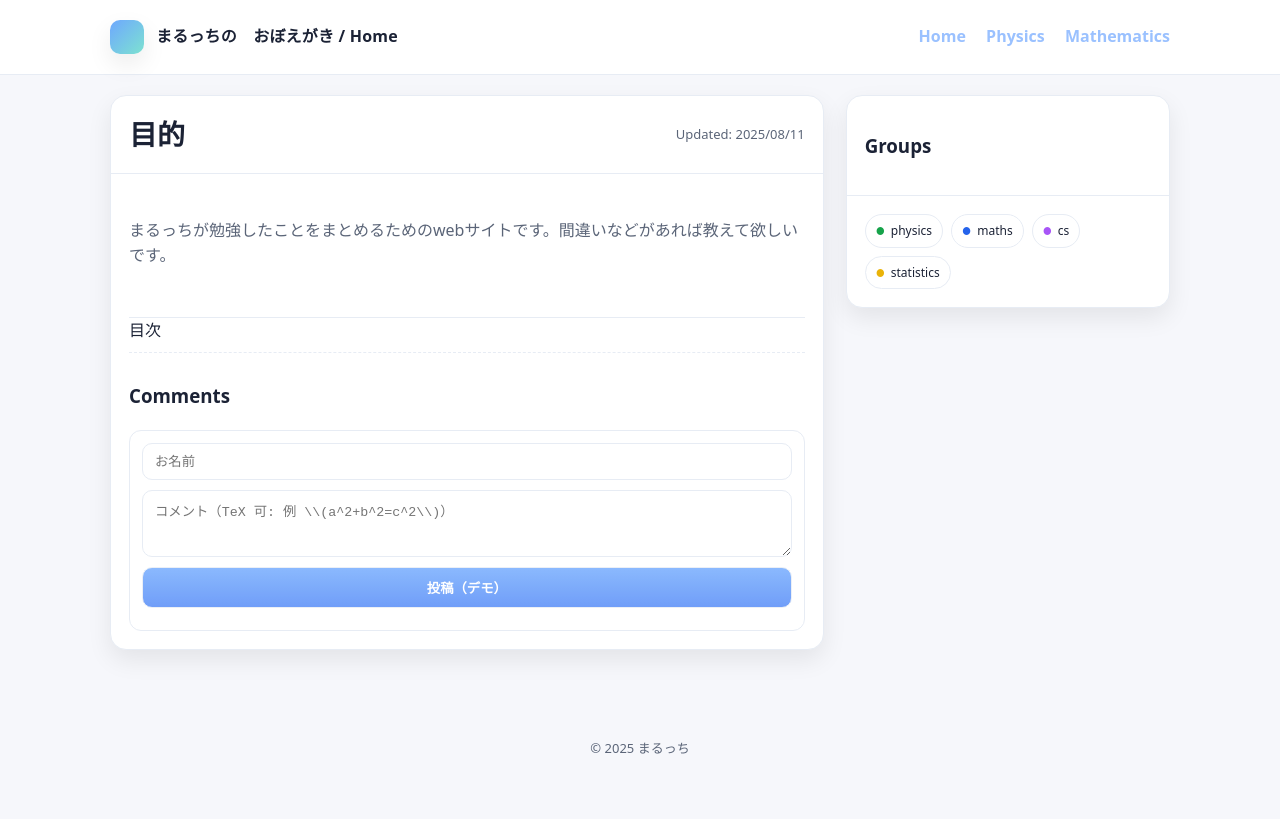
Repository: Riki-Mochimaru/tureduretunedune
Page: index.html
An editor plug-in stored every save of this project. The page is shown before and after a run of saves, followed by the edit.
The browser window is 1280 px wide. The pictures show the whole page.

Above is the page before, as saved 2025-08-11 23:19:57.

### index.html
<!DOCTYPE html>
<html lang="ja">
<head>
  <meta charset="utf-8" />
  <meta name="viewport" content="width=device-width, initial-scale=1" />
  <title>まるっちの おぼえがき— Home</title>
  <link rel="stylesheet" href="assets/styles.css">
</head>
<body>
  <header class="site">
    <div class="shell row">
      <div class="brand"><div class="brand-badge"></div><div>まるっちの　おぼえがき / Home</div></div>
      <nav>
        <a href="./">Home</a>
        <a href="physics/">Physics</a>
        <a href="maths/">Mathematics</a>
      </nav>
    </div>
  </header>

  <main class="shell">
    <section class="grid" aria-label="Articles and sidebar">
      <div>
        <article class="card post">
          <div class="hd">
            <h2>目的</h2>
            <div class="meta"><span>Updated: <time data-auto-updated datetime="">—</time></span></div>
          </div>
          <div class="bd">
            <p class="lead">まるっちが勉強したことをまとめるためのwebサイトです。間違いなどがあれば教えて欲しいです。</p>
            <div class="tags">
              <!-- <span class="tag" data-g="math"></span>
              <span class="tag" data-g="cs">#cs</span> -->
            </div>

            <!-- <h3>数式の例</h3>
            <div class="math">\\[ E = mc^2 \\]</div> -->
            <div class="hd">


            </div>
            <! -- <h2>目次</h2>

            <section class="comments">
              <h3>Comments</h3>
              <form class="form" action="#" method="post">
                <input class="input" name="who" placeholder="お名前" required>
                <textarea class="textarea" name="body" rows="3" placeholder="コメント（TeX 可: 例 \\(a^2+b^2=c^2\\)）" required></textarea>
                <button class="btn" type="button" aria-disabled="true">投稿（デモ）</button>
                <div class="hint"></div>
              </form>
            </section>
          </div>
        </article>
      </div>

      <aside class="aside">
        <section class="card">
          <div class="hd"><h3>Groups</h3></div>
          <div class="bd">
            <div class="tags">
              <span class="tag" data-g="phys">physics</span>
              <span class="tag" data-g="math">maths</span>
              <span class="tag" data-g="cs">cs</span>
              <span class="tag" data-g="stats">statistics</span>
            </div>
          </div>
        </section>
      </aside>
    </section>
  </main>

  <footer class="site"><div class="shell">© 2025 まるっち</div></footer>

  <!-- 数式レンダリング（必要なら有効化） -->
  <script>
    window.MathJax = {
      tex: { inlineMath: [['$','$'], ['\\(','\\)']], displayMath: [['$$','$$'], ['\\[','\\]']] },
      options: { renderActions: { addMenu: [] } }
    };
  </script>
  <script src="https://cdn.jsdelivr.net/npm/mathjax@3/es5/tex-mml-chtml.js" async></script>
  <script>
    // Client-side: auto-fill "Updated" date from document.lastModified
    document.querySelectorAll('time[data-auto-updated]').forEach(t => {
      const d = new Date(document.lastModified);
      // ISO (yyyy-mm-dd)
      const iso = new Date(d.getTime() - d.getTimezoneOffset()*60000)
                    .toISOString().slice(0,10);
      t.setAttribute('datetime', iso);
      // Human-readable in Japanese (Asia/Tokyo)
      t.textContent = d.toLocaleDateString('ja-JP', {
        timeZone: 'Asia/Tokyo', year: 'numeric', month: '2-digit', day: '2-digit'
      });
    });
    </script>
</body>
</html>

### assets/styles.css
/* styles.css — Science Notes
   House style: British English prose; American English in code comments.
*/

/* =========================
   Design tokens
   ========================= */
   :root {
    --bg: #0b0c10;
    --surface: #0f1117;
    --card: #121520;
    --text: #e8ecf8;
    --subtle: #9aa3b2;
    --border: #1e2636;
    --brand: #6ea8fe;
    --accent: #7de2d1;
    --warn: #ffd166;
    --danger: #ff6b6b;
    --radius: 16px;
    --shadow: 0 10px 24px rgba(0,0,0,.35), 0 1px 0 rgba(255,255,255,.04) inset;
    --font-sans: ui-sans-serif, system-ui, -apple-system, Segoe UI, Roboto, Noto Sans JP, "Helvetica Neue", Arial;
    --font-mono: ui-monospace, SFMono-Regular, Menlo, Monaco, Consolas, "Liberation Mono", monospace;
  }
  @media (prefers-color-scheme: light) {
    :root {
      --bg: #f6f7fb; --surface: #ffffff; --card: #ffffff; --text: #1b2235; --subtle: #5b6578; --border: #e7ecf4;
      --shadow: 0 10px 24px rgba(0,0,0,.08);
    }
  }

  /* Base */
  *, *::before, *::after { box-sizing: border-box; }
  html, body { height: 100%; }
  body { margin: 0; font-family: var(--font-sans); background: var(--bg); color: var(--text); line-height: 1.6; }
  /* Accessible link look */
  a { color: #9ac1ff; text-decoration: none; }
  a:hover { text-decoration: underline; }

  /* Header */
  header.site { position: sticky; top: 0; z-index: 10; background: color-mix(in oklab, var(--surface) 92%, transparent); border-bottom: 1px solid var(--border); backdrop-filter: blur(6px); }
  .shell { max-width: 1100px; margin: 0 auto; padding: 20px; }
  .row { display: grid; grid-template-columns: 1fr auto; align-items: center; gap: 16px; }
  .brand { display: flex; align-items: center; gap: 12px; font-weight: 800; letter-spacing: .2px; }
  .brand-badge { width: 34px; height: 34px; border-radius: 10px; background: linear-gradient(135deg, var(--brand), var(--accent)); box-shadow: var(--shadow); }
  nav a { margin-left: 16px; font-weight: 600; }

  /* Layout */
  main { padding-top: 10px; }
  .grid { display: grid; grid-template-columns: 2.2fr 1fr; gap: 22px; align-items: start; }
  @media (max-width: 980px) { .grid { grid-template-columns: 1fr; } }

  /* Cards */
  .card { background: var(--card); border: 1px solid var(--border); border-radius: var(--radius); box-shadow: var(--shadow); overflow: clip; }
  .card .hd { padding: 16px 18px; border-bottom: 1px solid var(--border); display:flex; align-items:center; justify-content: space-between; }
  .card .bd { padding: 18px; }

  /* Tag/Group chips */
  .tags { display:flex; flex-wrap: wrap; gap: 8px; }
  .tag { --c: #334155; color: var(--text); font-size: 12px; padding: 6px 10px; border: 1px solid var(--border); border-radius: 999px; background: color-mix(in oklab, var(--card) 88%, transparent); }
  .tag[data-g="math"]   { --c: #2563eb; }
  .tag[data-g="phys"]   { --c: #16a34a; }
  .tag[data-g="cs"]     { --c: #a855f7; }
  .tag[data-g="stats"]  { --c: #eab308; }
  .tag[data-g="ethics"] { --c: #ef4444; }
  .tag::before { content: "●"; font-size: 10px; margin-right: 6px; color: var(--c); }

  /* Article */
  article.post { display: grid; gap: 10px; }
  article.post h2 { margin: 0; font-size: clamp(20px, 2.6vw, 28px); }
  .meta { color: var(--subtle); font-size: 13px; display:flex; gap: 12px; flex-wrap: wrap; }
  .lead { color: var(--subtle); }

  /* Math blocks (TeX text before JS render) */
  .math { font-family: var(--font-mono); background: color-mix(in oklab, var(--card) 90%, transparent); border: 1px dashed var(--border); border-radius: 10px; padding: 10px 12px; overflow:auto; }
  .eqno { float: right; color: var(--subtle); margin-left: 8px; }

  /* Comment UI (static) */
  .comments { margin-top: 8px; border-top: 1px dashed var(--border); padding-top: 10px; }
  .comment { display: grid; grid-template-columns: 40px 1fr; gap: 10px; padding: 12px 0; }
  .comment + .comment { border-top: 1px dashed var(--border); }
  .avatar { width: 40px; height: 40px; border-radius: 50%; background: linear-gradient(135deg, var(--brand), var(--accent)); display:grid; place-items:center; font-weight: 800; color: #0008; }
  .who { font-weight: 700; }
  .when { color: var(--subtle); font-size: 12px; }

  /* Simple form look (non-functional without JS/backend) */
  .form { display: grid; gap: 10px; background: color-mix(in oklab, var(--card) 90%, transparent); border: 1px solid var(--border); border-radius: 12px; padding: 12px; }
  .input, .textarea { width: 100%; padding: 10px 12px; border-radius: 10px; border: 1px solid var(--border); background: var(--surface); color: var(--text); outline: none; }
  .input:focus, .textarea:focus { box-shadow: 0 0 0 6px #2a5fff33; }
  .btn { display: inline-flex; align-items: center; justify-content: center; gap: 8px; padding: 10px 14px; font-weight: 700; border-radius: 10px; border: 1px solid var(--border); background: linear-gradient(180deg, var(--brand), #4d86f7); color: #fff; cursor: not-allowed; opacity: .8; }
  .hint { font-size: 12px; color: var(--subtle); }

  /* Aside */
  .aside .card + .card { margin-top: 18px; }
  .list { display: grid; gap: 10px; }

  /* Footer */
  footer.site { margin-top: 28px; color: var(--subtle); font-size: 13px; text-align: center; padding: 20px 0 40px; }

  /* Print */
  @media print {
    header.site, footer.site { display:none; }
    .card { box-shadow: none; border-color: #ccc; }
    a { color: #000; text-decoration: none; }
  }

After the next 6 saves:
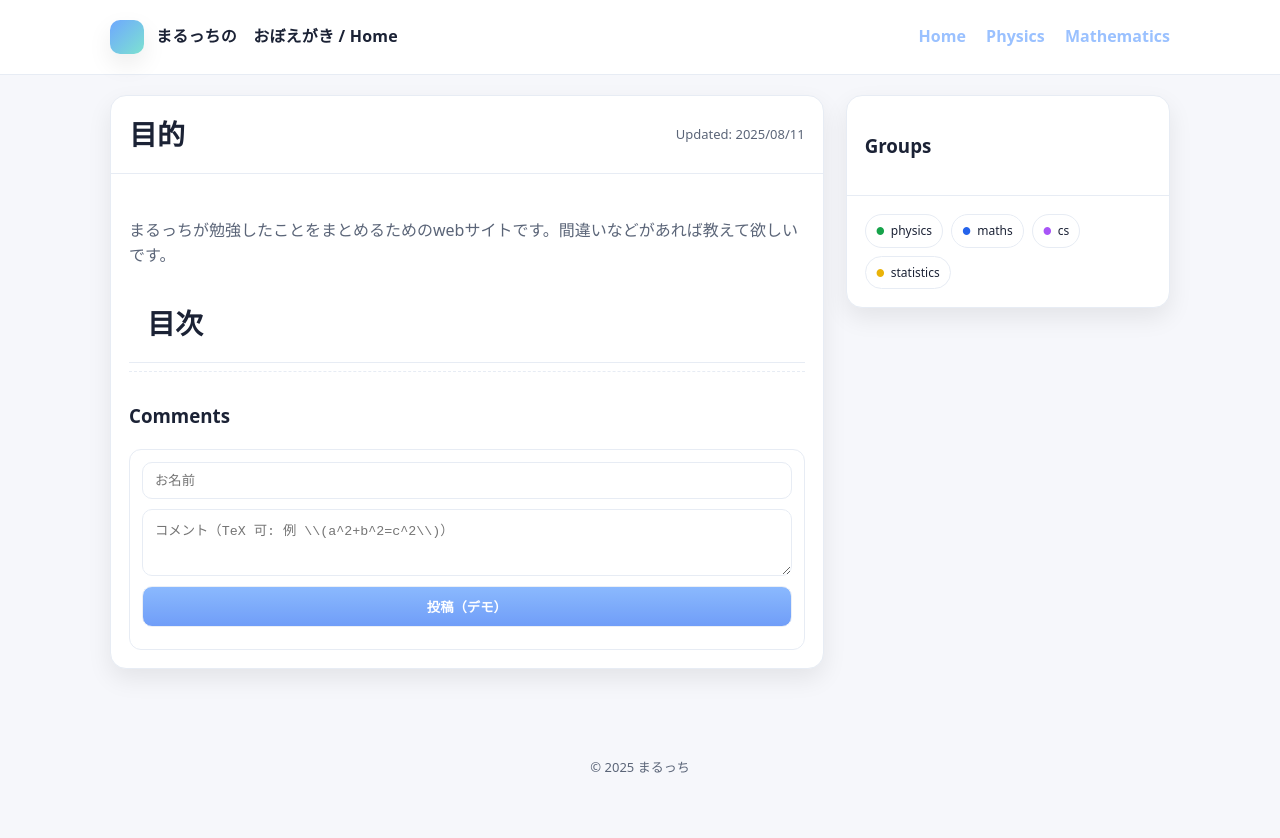
The 6 saves are shown as one change because they came seconds apart.
The last was saved 20 s later.
--- a/index.html
+++ b/index.html
@@ -36,10 +36,9 @@
             <!-- <h3>数式の例</h3>
             <div class="math">\\[ E = mc^2 \\]</div> -->
             <div class="hd">
+              <h2>目次</h2>
+            </div>
 
-
-            </div>
-            <! -- <h2>目次</h2>
 
             <section class="comments">
               <h3>Comments</h3>
